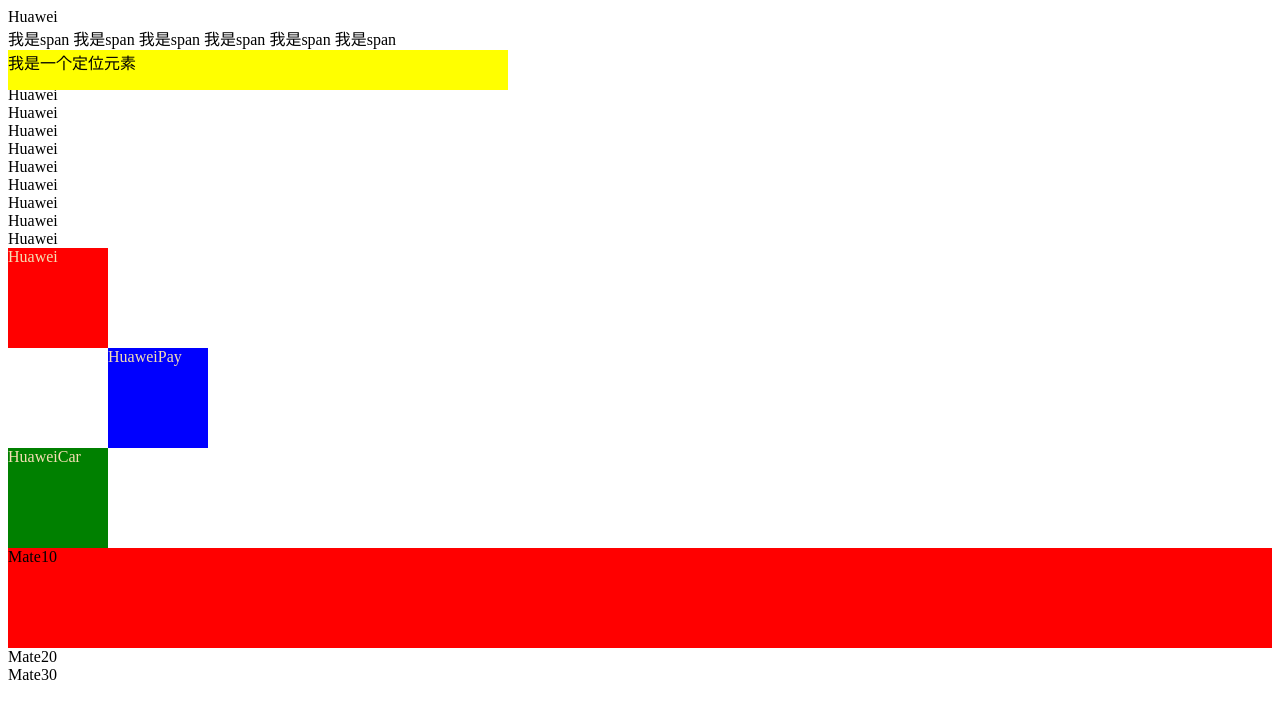
Repository: nanvon/front-end_byhuawei
Page: CSS层级.html
These files come from the project's save history. The page is drawn as it stood at one moment and after a run of saves; the edit follows.
The browser window is 1280 px wide. The pictures show the whole page.

Above is the page before, as saved 2020-12-10 20:40:38.

### CSS层级.html
<!DOCTYPE html>
<html lang="en">

<head>
    <meta charset="UTF-8">
    <meta name="viewport" content="width=device-width, initial-scale=1.0">
    <title>Document</title>
    <style>
        .pos1 {
            position: fixed;
            background: yellow;
            height: 40px;
            width: 500px;
        }

        .box1 {
            width: 100px;
            height: 100px;
            background: red;
            color: wheat;
        }

        .box2 {
            width: 100px;
            height: 100px;
            background: blue;
            position: relative;
            left: 100px;
            color: wheat;
        }

        .box3 {
            width: 100px;
            height: 100px;
            background: green;
            color: wheat;
        }

        .p1 {
            height: 100px;
            background: red;
        }

        .p2 {}

        .p3 {}
    </style>
</head>

<body>
    <div>Huawei</div>
    <span>我是span</span>
    <span>我是span</span>
    <span>我是span</span>
    <span>我是span</span>
    <span>我是span</span>
    <span>我是span</span>
    <div class="pos1">我是一个定位元素</div>
    <div>Huawei</div>
    <div>Huawei</div>
    <div>Huawei</div>
    <div>Huawei</div>
    <div>Huawei</div>
    <div>Huawei</div>
    <div>Huawei</div>
    <div>Huawei</div>
    <div>Huawei</div>
    <div>Huawei</div>
    <div>Huawei</div>

    <div class="box1">Huawei</div>
    <div class="box2">HuaweiPay</div>
    <div class="box3">HuaweiCar</div>


    <div class="p1">Mate10</div>
    <div class="p2">Mate20</div>
    <div class="p3">Mate30</div>
</body>

</html>

After the next 7 saves:
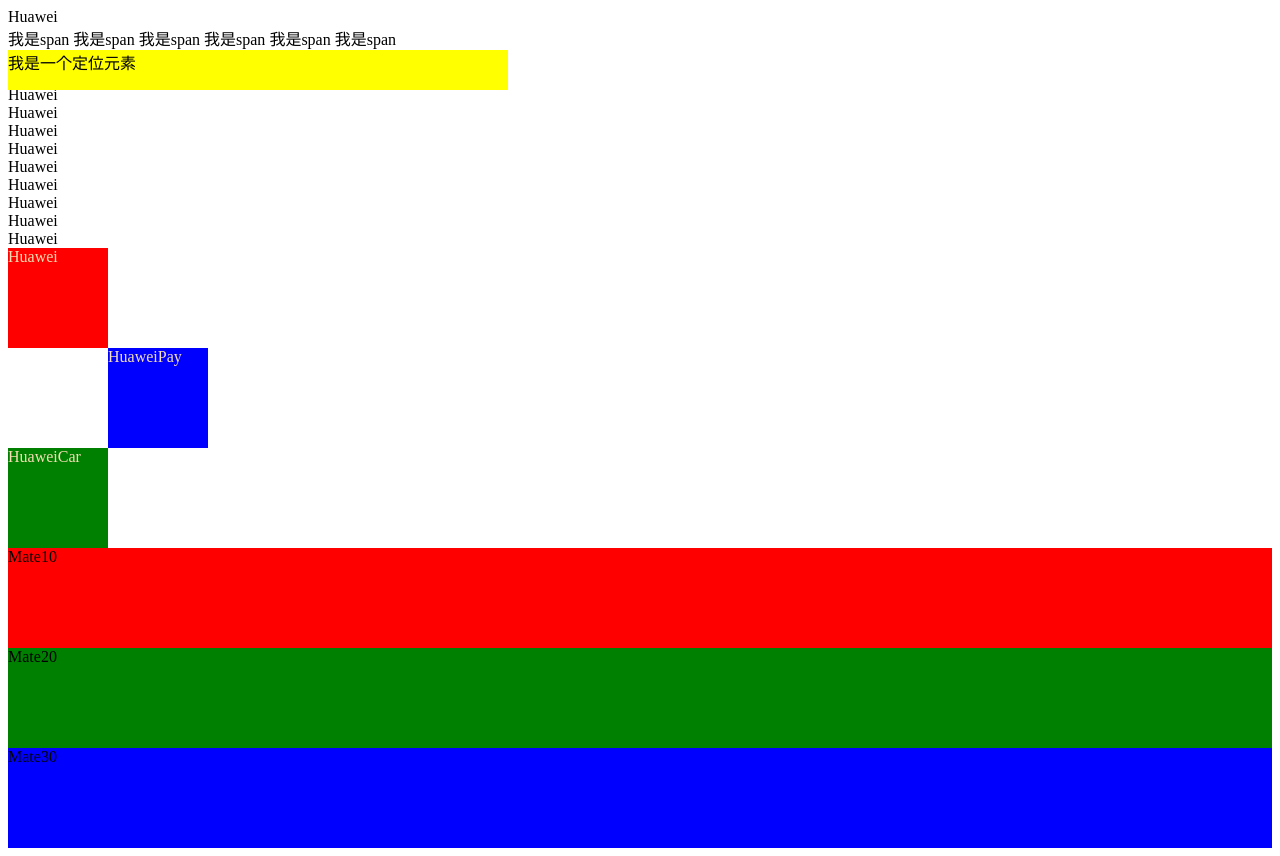
The 7 saves are shown as one change because they came seconds apart.
The last was saved 15 s later.
--- a/CSS层级.html
+++ b/CSS层级.html
@@ -41,9 +41,15 @@
             background: red;
         }
 
-        .p2 {}
+        .p2 {
+            height: 100px;
+            background: green;
+        }
 
-        .p3 {}
+        .p3 {
+            height: 100px;
+            background: blue;
+        }
     </style>
 </head>
 
